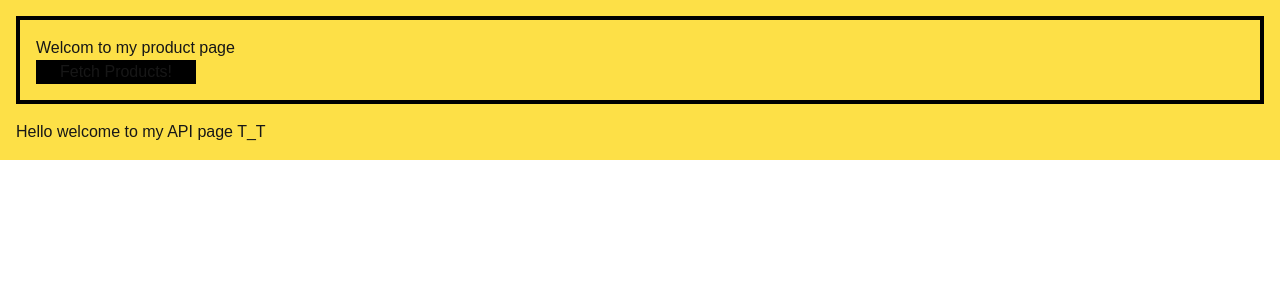
Repository: MelissaJacobi/mdia-3126
Page: /api (app in webapp-lab06/)
The author's editor kept a copy of each file at every save. The page is drawn from the files as they stood at one save, then again after the next save.
The browser window is 1280 px wide. The pictures show the whole page.
The project was rebuilt for these pictures with package versions that can differ from the ones it lists, and the page was loaded fresh each time. The framework's server and built-in components were replaced by stand-ins that run in the browser. Also part of the build but not shown: webapp-lab06/next.config.mjs.

Above is the page before, as saved 2024-10-08 14:41:57.

After the next save:
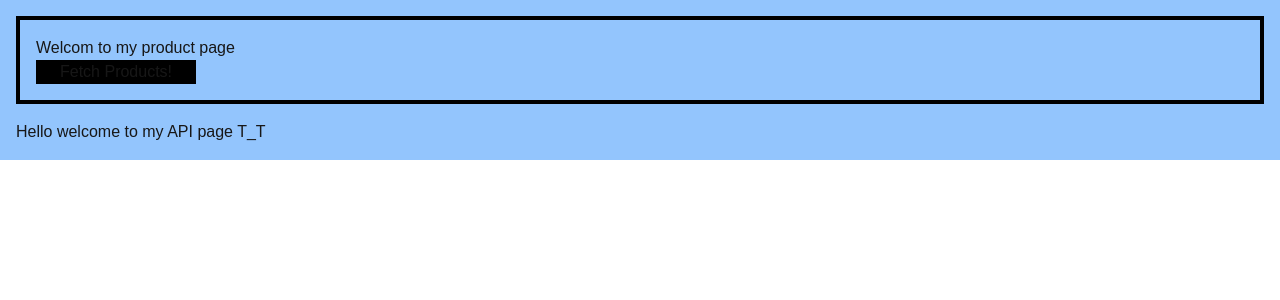
Saved 38 s later.
--- a/webapp-lab06/src/app/api/page.js
+++ b/webapp-lab06/src/app/api/page.js
@@ -5,7 +5,7 @@ const DATA_URL = "https://mdn.github.io/learning-area/javascript/apis/fetching-d
 
 export default function Page() {
     return(
-        <div className="p-4 bg-yellow-300">
+        <div className="p-4 bg-blue-300">
             <header className="border-4 border-black p-4 mb-4">
                 <h1>Welcom to my product page</h1>
                 <button className="border-neutral-200 bg-black px-6"
